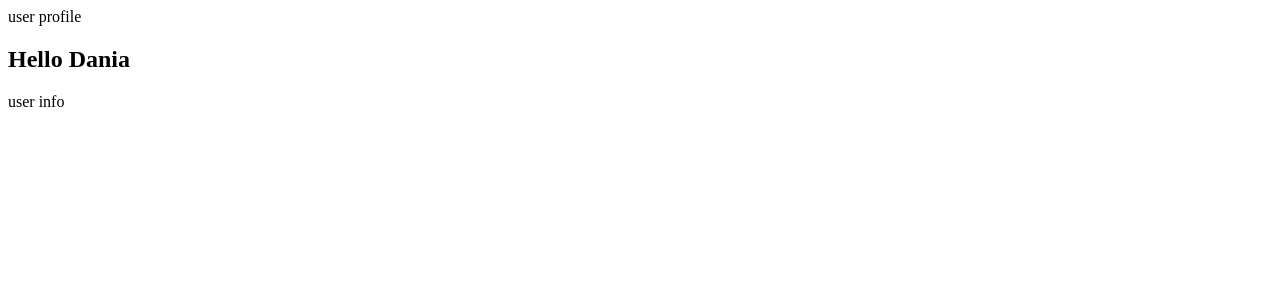
Repository: Dania-Alqam/js-session1
Page: index.html
These files come from the project's save history. The page is drawn as it stood at one moment and after the next save; the edit follows.
The browser window is 1280 px wide. The pictures show the whole page.

Above is the page before, as saved 2024-07-07 21:45:45.

### index.html
<html lang="en">
  <head>
    <meta charset="UTF-8" />
    <meta name="viewport" content="width=device-width, initial-scale=1.0" />
    <title>Document</title>
    <link rel="stylesheet" href="./main.css" />
  </head>
  <body>
    <div class="userProfile">
      <p>user profile</p>
      <h2 class="first-header"></h2>
    </div>

    <div class="userInfo">
      <p>user info</p>
    </div>

    <script src="./main.js"></script>
  </body>
</html>

### main.css
.user-info{
font-size: 20px;
color: #777;
font-weight: bold;
}

### main.js
document.querySelector(".first-header").textContent="Hello Dania"
document.querySelector(".userInfo p").classList.add();

After the next save:
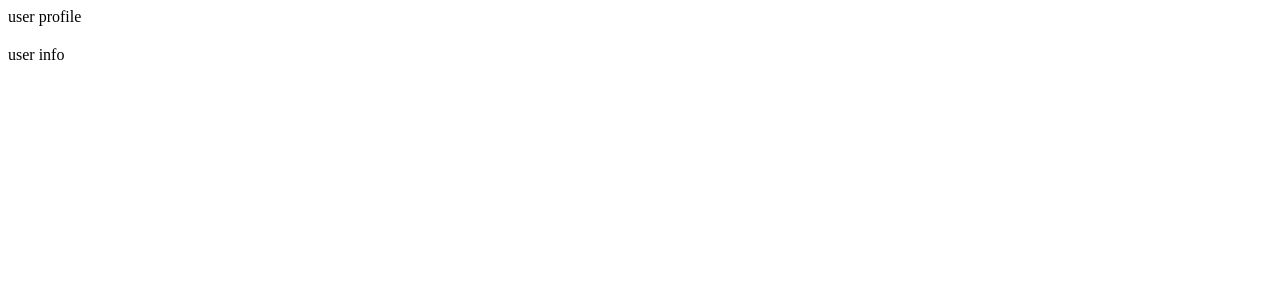
Console error: SyntaxError: Unexpected token ')'
Saved 4 s later.
--- a/main.js
+++ b/main.js
@@ -1,2 +1,2 @@
 document.querySelector(".first-header").textContent="Hello Dania"
-document.querySelector(".userInfo p").classList.add();
+document.querySelector(".userInfo p").classList.add(user-);

After the save that followed:
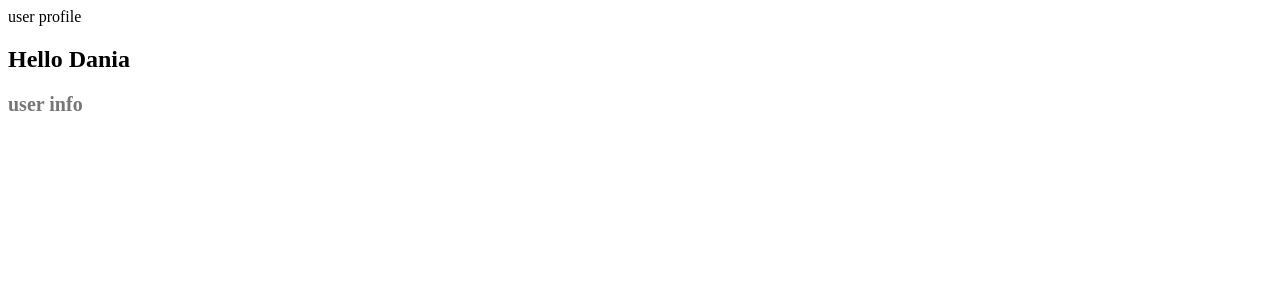
The error is gone.
Saved 6 s later.
--- a/main.js
+++ b/main.js
@@ -1,2 +1,2 @@
 document.querySelector(".first-header").textContent="Hello Dania"
-document.querySelector(".userInfo p").classList.add(user-);
+document.querySelector(".userInfo p").classList.add("user-info");
